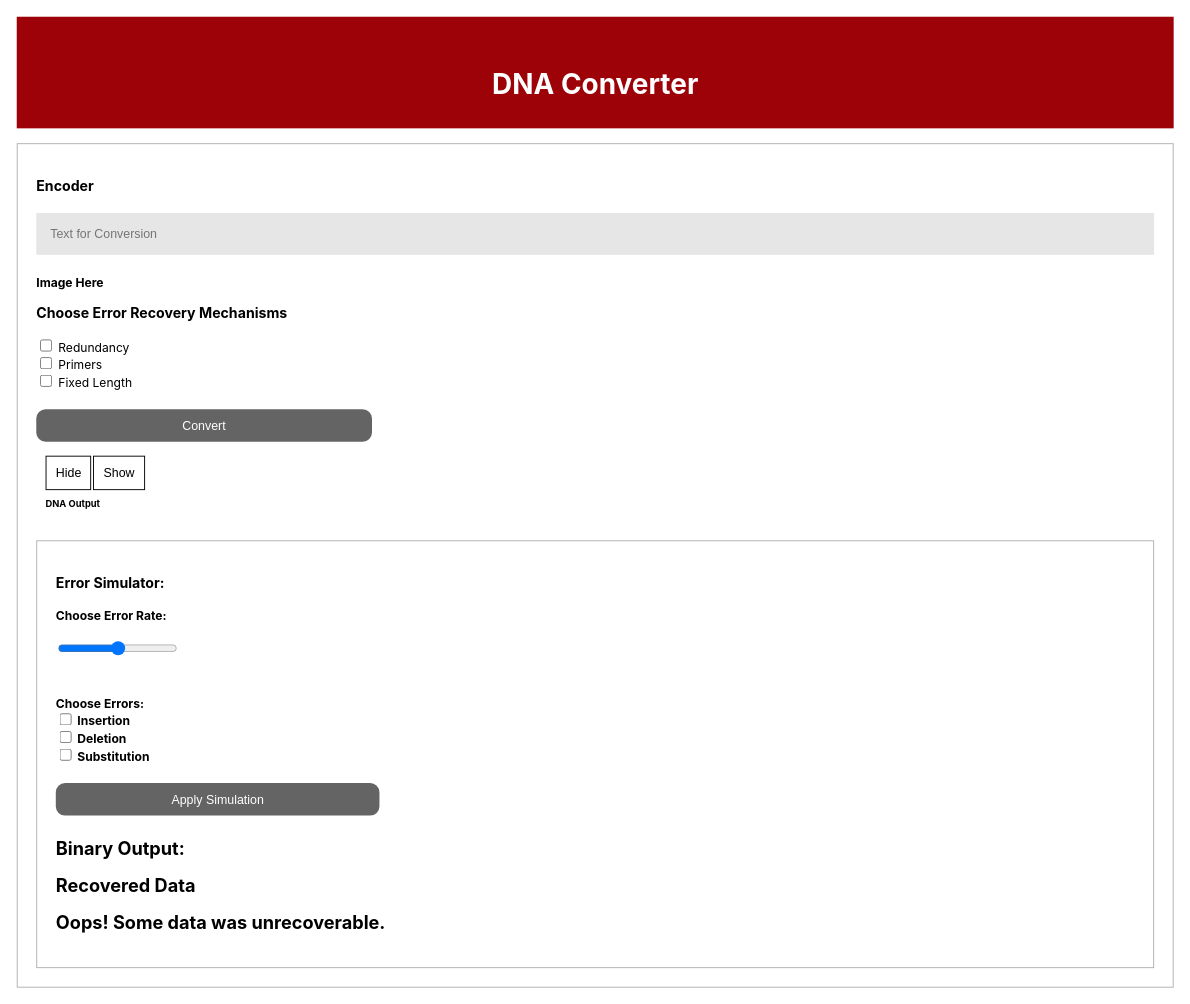
Repository: komalharjani/MSc-Thesis-DNA-Storage
Page: index.html
These files come from the project's save history. The page is drawn as it stood at one moment and after a run of saves; the edit follows.
The browser window is 1280 px wide. The pictures show the whole page, at 93% of full size.

Above is the page before, as saved 2020-08-16 22:41:30.

### index.html
<!DOCTYPE html>
<html lang="en">

<head>
    <link href="index.css" rel="stylesheet">
    <meta charset="UTF-8">
    <meta name="viewport" content="width=device-width, initial-scale=1.0">
    <title>Document</title>
    <script src="https://ajax.googleapis.com/ajax/libs/jquery/3.5.1/jquery.min.js"></script>
</head>

<body>
    <div id="LoginPage">
        <div class="header"><br>
            <h2> DNA Converter </h2>
        </div><br>

        <div class="loginContainer">
            <h3>Encoder</h3>
            <input type="text" placeholder="Text for Conversion" id="textToConvert" required class="input">
            <label for="text"><b>Image Here</b></label>
            <h3>Choose Error Recovery Mechanisms</h3>
            <form>
                <input type="checkbox" id="vehicle1" name="vehicle1" value="Bike">
                <label for="vehicle1"> Redundancy </label><br>
                <input type="checkbox" id="vehicle2" name="vehicle2" value="Car">
                <label for="vehicle2"> Primers </label><br>
                <input type="checkbox" id="vehicle3" name="vehicle3" value="Boat">
                <label for="vehicle3"> Fixed Length</label><br><br>
            </form>
            <button class="button" onclick="onSubmit()" id="submit">Convert</button><br>

            <div class="row">
                <div class="column">
                    <button class="btnn" id="hide">Hide</button>
                <button class="btnn" id="show">Show</button>
                  <h2>DNA Output</h2>
                  <p id="dnaOutput"></p>
            </div>

            <script>
                $(document).ready(function(){
                  $("#hide").click(function(){
                    $("p").hide();
                  });
                  $("#show").click(function(){
                    $("p").show();
                  });
                });
                </script>

        </div><br>
        <div class="loginContainer">
            <h3>Error Simulator:</h3>
            <h4>Choose Error Rate:</h4>
            <input type="range" name="rangeInput" min="0" max="10" onchange="updateTextInput(this.value);">
            <input type="number" id="textInput" value="" class="range" max="10"><br>
            <h4>Choose Errors:</h4<br>
                <form>
                    <input type="checkbox" id="vehicle1" name="vehicle1" value="Bike">
                    <label for="vehicle1"> Insertion </label><br>
                    <input type="checkbox" id="vehicle2" name="vehicle2" value="Car">
                    <label for="vehicle2"> Deletion </label><br>
                    <input type="checkbox" id="vehicle3" name="vehicle3" value="Boat">
                    <label for="vehicle3"> Substitution </label><br><br>
                </form>
                <button class="button" onclick="" id="error">Apply Simulation</button><br>
                <!--Take Error Rate from On Submit-->
                <h2>Binary Output:</h2>
                <h2>Recovered Data</h2>
                <h2>Oops! Some data was unrecoverable. </h2>
        </div>
    </div>

</body>
<script src="index.js"></script>

</html>

### index.css
body {
    background-color:white;
    resize: both;
    overflow: auto;
}

.labelText {
  width: 100%;
  padding: 15px;
  margin: 5px 0 22px 0;
  display: inline-block;
  border: none;
  background: #cacaca;
}

.search {
  width: 30%;
  padding: 15px;
  margin: 5px 0 22px 0;
  display: inline-block;
  border: none;
  background: #e6e6e6;
}

.runBtn {
  background-color: #000000;
  border: 1px solid #ffffff;
  color: rgb(255, 255, 255);
  padding: 14px 20px;
  margin-top: 5px;
  margin-bottom: 5px;
  margin-right: 2px;
  margin-left: 0;
  border: none;
  cursor: pointer;
  width: 100%;
  opacity: 0.9;
  font-size: 15px;
}

#map{
  height: 400px;
  width: 100%;
}

#profile {
  border-radius: 50%;
}

.profile {
    padding: 10px;
    text-align: center;
    height: auto;
}

/* Full-width input fields */
.input {
  width: 100%;
  padding: 15px;
  margin: 5px 0 22px 0;
  display: inline-block;
  border: none;
  background: #e6e6e6;
}

.range {
  margin: 5px 0 22px 0;
  display: inline-block;
  border: none;
  text-align: right;
}

li {
  width: 100%;
  padding: 15px;
  margin: 5px 0 22px 0;
  display: inline-block;
  border: none;
  background: #cacaca;
}

ul {
  padding: 0;
}


/* Add a background color when the inputs get focus */
input[type=text]:focus, input[type=password]:focus {
  background-color: rgb(184, 184, 184);
  outline: none;
}

/* button {
  background-color: #000000;
  color: rgb(255, 255, 255);
  padding: 14px 20px;
  margin: 8px;
  border: none;
  cursor: pointer;
  width: 30%;
  opacity: 0.9;
  border-radius: 20px;
} */

.loginContainer {
  width: 100%;
  float: center;
  padding: 20px;
  border: 0.5px solid #afafaf;
  height: auto;

}

.row:after {
  content: "";
  display: table;
  clear: both;
}

.column {
  float: left;
  width: 100%;
  padding: 10px;
  height: auto;
  font-size: 5pt;
  word-break:break-all;
}

.btnn {
  color:black;
  background-color: white;
  border-color: black;
  border-style: solid;
  padding: 10px;
  border-width: 1px;
}

/* Set a style for all buttons */
.button {
  color: rgb(255, 255, 255);
  padding: 10px;
  width: 100%;
  border-radius: 10px;
}

.button {
  background-color: rgb(100, 100, 100);
  color: rgb(255, 255, 255);
  padding: 10px;
  width: 30%;
  margin-top: 5px;
  margin-bottom: 5px;
  margin-right: 2px;
  margin-left: 0;
  border: none;
  border-radius: 10px;
}

button:hover {
  opacity: 0.8;
}

/* Extra styles for the cancel button */
.cancelbtn {
  padding: 14px 20px;
  background-color: whitesmoke;
}

/* Float cancel and signup buttons and add an equal width */
.cancelbtn, .signupbtn {
  float: right;
  width: 100%;
}


/* Style the horizontal ruler */
hr {
  border: 1px solid #f1f1f1;
  margin-bottom: 25px;
}

/* Change styles for cancel button and signup button on extra small screens */
@media screen and (max-width: 300px) {
  .cancelbtn, .signupbtn {
     width: 100%;
  }
}
/* OLD BELOW!!!!! */

* {
    box-sizing: border-box;
  }

  /* Add a gray background color with some padding */
  body {
    font-family: -apple-system, BlinkMacSystemFont, 'Segoe UI', Roboto, Oxygen, Ubuntu, Cantarell, 'Open Sans', 'Helvetica Neue', sans-serif;
    padding: 10px;
    background: #ffffff;
    font-size: 13px;
  }
  table {
    font-family: arial, sans-serif;
    border-collapse: collapse;
    width: 100%;
  }

  td, th {
    border: 1px solid #dddddd;
    text-align: left;
    padding: 8px;
  }

  tr:nth-child(even) {
    background-color: #dddddd;
  }
  /* Header Title */
  .header {
    padding: 5px;
    font-size: 20px;
    text-align: center;
    background: #9d0208;
    color: white;
  }

  .login {
    width:300px;
    height:500px;
    position: fixed;
    top: 50%;
    left: 50%;
    margin-top: -125px;
    margin-left: -150px;
  }

  /* Split Screen into Columns */

  .rightcolumn {
    float: right;
    width: 50%;
    padding: 10px;
  }

  .leftcolumn {
    float: left;
    width: 20%;
    padding: 10px;
    background-color: rgb(255, 255, 255);
  }

  .left {
    float: right;
    width: 50%;
    background-color: rgb(255, 255, 255);
  }

  .right {
    float: right;
    width: 50%;
    background-color: rgb(255, 255, 255);
  }

  .centercolumn {
    float: left;
    width: 80%;
    padding: 10px;
    background-color: rgb(255, 255, 255);
  }

  .title {
    color: grey;
    font-size: 18px;
  }

  .rightcolumn {
    float: left;
    width: 30%;
    padding: 10px;
    background-color: rgb(255, 255, 255);
  }

  .box {
    background-color: rgb(255, 255, 255);
    width: 100%;
    padding: 15px;
  }


  .card {
     background-color: whitesmoke;
     padding: 15px;
  }

  .row:after {
    content: "";
    display: table;
    clear: both;
  }

  /* Footer */
  .footer {
    padding: 20px;
    text-align: center;
    background: #ddd;
    margin-top: 20px;
  }

  /* Responsive layout - when the screen is less than 800px wide, make the two columns stack on top of each other instead of next to each other */
  @media screen and (max-width: 800px) {
    .leftcolumn, .rightcolumn {
      width: 100%;
      padding: 0;
    }
  }

  tr:nth-child(even) {
    background-color: #3b37377c;
  }

  button:hover {
    opacity:1;
  }

  /* Extra styles for the cancel button */
  .cancelbtn {
    padding: 14px 20px;
    background-color: #000000;
  }

  /* Float cancel and signup buttons and add an equal width */
  .cancelbtn, .signupbtn {
    float: right;
    width: 100%;
  }

  .containerForm {
    width: 50%;
    float: left;
    padding: 10px;
    background-color: rgb(255, 255, 255);
  }

  /* Add padding to container elements */
  .container {
    width: 100%;
    float: left;
    padding: 10px;
    background-color: rgb(255, 255, 255);
  }

  #result {
    color: red;
  }

  .submitComment {
    background-color: white;
    color: black;
    border: 1px solid #888;
    width: 100%;
    float: right;
  }

  .submitComment :hover {
    background-color: rgb(138, 138, 138);
  }

  .readMore {
    background-color: rgb(216, 216, 216);;
    color: black;
    width: 40%;
    margin: 5px;
  }

  .logoutBtn {
    color: white;
    background-color: #9d0208 ;
    border: 1px solid rgb(255, 255, 255);
    margin: 10px;
  }

  .logoutBtn:hover {
    opacity: 0.7;
  }

  .register {
    color: black;
    background-color: white ;
    border: 1px solid rgb(255, 255, 255);
    margin: 10px;
    opacity: 0.8;
  }

  .register:hover {
    opacity: 1;
  }

  .runPostsStyle {
    background-color: rgb(255, 255, 255);
    padding: 20px;
    border-radius: 10px;
    margin-top: 20px;
    width: 100%;
    overflow: hidden;
    border: 1px solid rgb(0, 0, 0);
    columns: 2;
  }



  .commentPost {
    background-color: whitesmoke;
    padding: 20px;
    border-radius: 10px;
    margin-top: 20px;
    width: 100%;
    overflow: hidden;
  }

  .mapStyle {
    background-color: rgb(94, 0, 0);
    border-radius: 10px;
    width: 40%;
    height: 100px;
    border:solid black;
  }

  /* The Modal (background) */
  .modal {
    display: none; /* Hidden by default */
    position: fixed; /* Stay in place */
    left: 0;
    top: 0;
    width: 100%; /* Full width */
    height: 100%; /* Full height */
    overflow: auto; /* Enable scroll if needed */
    background-color:rgb(255, 255, 255);
    padding: 20px;
  }

  /* Modal Content/Box */
  .modal-content {
    background-color: #ffffff;
    margin: 5% auto 15% auto; /* 5% from the top, 15% from the bottom and centered */
    border: 1px solid #888;
    width: 80%; /* Could be more or less, depending on screen size */
  }

  .postTitle {
    font-size: 20px;
    font-weight: bold;
    color: #9d0208;
  }

  .dateDisplay {
    font-size: 20px;
    font-weight: bold;
  }

  .toFrom {
    font-size: 14px;
    font-weight: bold;
  }

  /* Style the horizontal ruler */
  hr {
    border: 1px solid #f1f1f1;
    margin-bottom: 25px;
  }

  /* The Close Button (x) */
  .close {
    position: absolute;
    right: 35px;
    top: 15px;
    font-size: 40px;
    font-weight: bold;
    color: #000000;
  }

  .close:hover,
  .close:focus {
    color: #ff8484;
    cursor: pointer;
  }

  /* Clear floats */
  .clearfix::after {
    content: "";
    clear: both;
    display: table;
  }

  /* Change styles for cancel button and signup button on extra small screens */
  @media screen and (max-width: 300px) {
    .cancelbtn, .signupbtn {
       width: 100%;
    }
  }

  .dropbtn {
    background-color: #E6E6E6;
    color: rgb(85, 85, 85);
    padding: 16px;
    font-size: 16px;
    border: none;
    width: 100px;
    cursor: pointer;
  }

  .dropbtn:hover, .dropbtn:focus {
    background-color: rgb(187, 187, 187);
  }

  .dropdown {
    position: relative;
    display: inline-block;
  }

  .dropdown-content {
    display: none;
    position: absolute;
    background-color: #f1f1f1;
    min-width: 160px;
    overflow: auto;
    box-shadow: 0px 8px 16px 0px rgba(0,0,0,0.2);
    z-index: 1;
  }

  .dropdown-content a {
    color: black;
    padding: 12px 16px;
    text-decoration: none;
    display: block;
  }

  .dropdown a:hover {background-color: #ddd;}

  .show {display: block;}

Loaded but not shown: index.js (370 lines, source omitted)

After the next 4 saves:
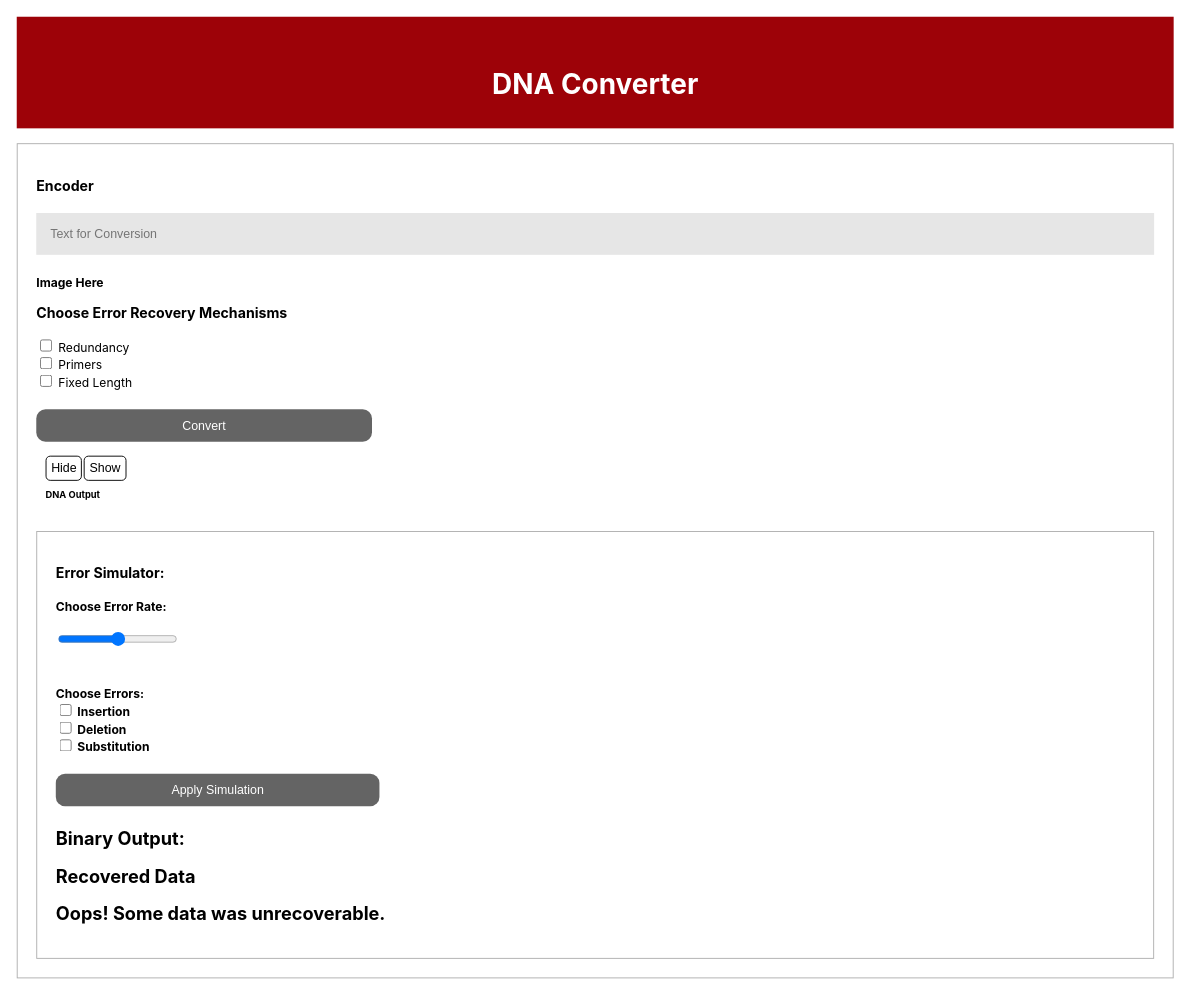
The 4 saves are shown as one change because they came seconds apart.
The last was saved 14 s later.
--- a/index.css
+++ b/index.css
@@ -131,7 +131,8 @@ input[type=text]:focus, input[type=password]:focus {
   background-color: white;
   border-color: black;
   border-style: solid;
-  padding: 10px;
+  padding: 5px;
+  border-radius: 5px;
   border-width: 1px;
 }
 
